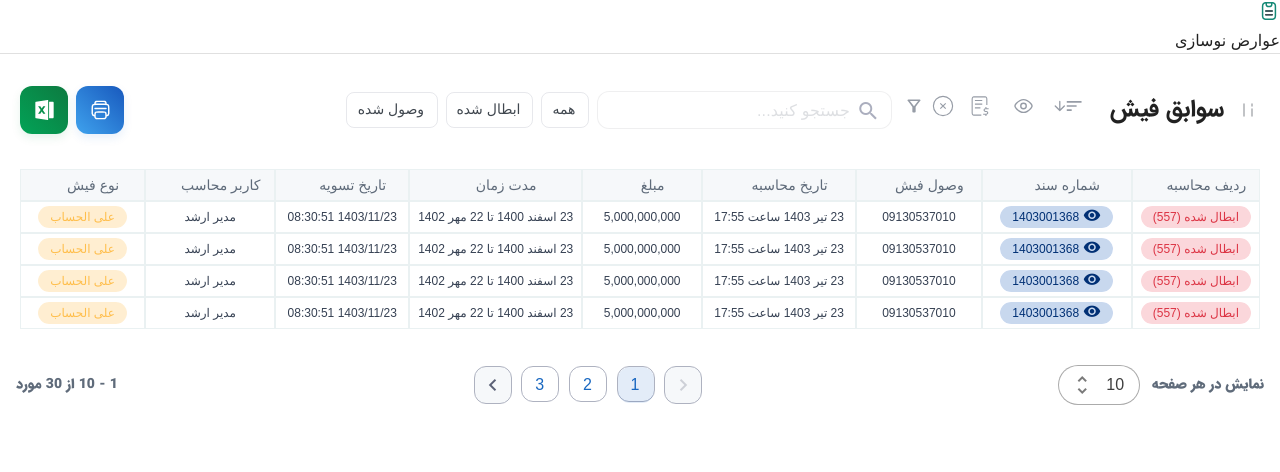
Repository: mobinazarein/data-table
Page: /
The author's editor kept a copy of each file at every save. The page is drawn from the files as they stood at one save, then again after the next save.
The browser window is 1280 px wide. The pictures show the whole page.
Some web fonts or font styles are not loaded; a fallback is used. The project was rebuilt for these pictures with package versions that can differ from the ones it lists, and the page was loaded fresh each time. Also part of the build but not shown: vue.config.js.

Above is the page before, as saved 2025-03-26 13:29:21.

### public/index.html
<!DOCTYPE html>
<html lang="en" dir="rtl">
  <head>
    <meta charset="utf-8">
    <meta http-equiv="X-UA-Compatible" content="IE=edge">
    <meta name="viewport" content="width=device-width,initial-scale=1.0">
    <link rel="icon" href="<%= BASE_URL %>favicon.ico">
    <title><%= htmlWebpackPlugin.options.title %></title>
  </head>
  <body>
    <noscript>
      <strong>We're sorry but <%= htmlWebpackPlugin.options.title %> doesn't
        work properly without JavaScript enabled. Please enable it to
        continue.</strong>
    </noscript>
    <div id="app"></div>
    <!-- built files will be auto injected -->
  </body>
</html>

### src/layouts/TopHeader.vue
<template>
    <div class="flex justify-between items-center p-6 border-b border-[#ADB0B433] select-none">
        <div class="flex flex-row gap-x-1.25">
            <ClipBoard />
            <div class="h-5 text-nowrap">عوارض نوسازی</div>
        </div>
        <FullScreen class="cursor-pointer" @click="toggleFullscreen" />
    </div>
</template>
<script setup>
import ClipBoard from "../assets/Icons/headers/ClipboardIcon.vue";
// import FullScreen from "@assets/icon/dashboard/header/fullScreen.vue";
// const toggleFullscreen = () => {
//     if (document.fullscreenElement) {
//         if (document.exitFullscreen) {
//             document.exitFullscreen();
//         } else if (document.webkitExitFullscreen) {
//             // Safari
//             document.webkitExitFullscreen();
//         } else if (document.mozCancelFullScreen) {
//             // Firefox
//             document.mozCancelFullScreen();
//         } else if (document.msExitFullscreen) {
//             // IE/Edge
//             document.msExitFullscreen();
//         }
//     } else {
//         const doc = document.documentElement;
//         if (doc.requestFullscreen) {
//             doc.requestFullscreen();
//         } else if (doc.mozRequestFullScreen) {
//             // Firefox
//             doc.mozRequestFullScreen();
//         } else if (doc.webkitRequestFullscreen) {
//             // Chrome, Safari, Opera
//             doc.webkitRequestFullscreen();
//         } else if (doc.msRequestFullscreen) {
//             // IE/Edge
//             doc.msRequestFullscreen();
//         }
//     }
// };
</script>
<style scoped></style>

### src/assets/Icons/PauseIcon.vue
<template>
    <svg width="24" height="24" viewBox="0 0 24 24" fill="none" xmlns="http://www.w3.org/2000/svg">
        <path d="M8 6V18M16 6V8M16 18V11" stroke="#ADB0B4" stroke-width="1.5" stroke-linecap="round"
            stroke-linejoin="round" />
    </svg>
</template>

### src/assets/Icons/PaginationIcon.vue
<template>
    <svg width="36" height="48" viewBox="0 0 36 48" fill="none" xmlns="http://www.w3.org/2000/svg">
<path d="M9.79481 19.4529V28.5469M9.79481 28.5469L14.3418 23.9999M9.79481 28.5469L5.2478 23.9999" stroke="#969CA6" stroke-width="1.29915" stroke-linecap="round" stroke-linejoin="round"/>
<path d="M16.7693 28.9231H21.6924V27.282H16.7693V28.9231ZM16.7693 19.0769V20.7179H31.5385V19.0769H16.7693ZM16.7693 24.8205H26.6154V23.1795H16.7693V24.8205Z" fill="#969CA6"/>
</svg>
</template>

### src/assets/Icons/EyeIcon.vue
<template>
    <svg width="37" height="48" viewBox="0 0 37 48" fill="none" xmlns="http://www.w3.org/2000/svg">
<path d="M18.5 17.5833C21.4713 17.5833 24.0781 19.7396 25.7446 21.5522C26.4843 22.3568 26.8542 22.7591 26.979 23.5925C27.0096 23.7966 27.0096 24.2033 26.979 24.4073C26.8542 25.2407 26.4843 25.643 25.7446 26.4477C24.0781 28.2603 21.4713 30.4166 18.5 30.4166C15.5288 30.4166 12.922 28.2603 11.2555 26.4477C10.5158 25.643 10.1459 25.2407 10.0211 24.4073C9.99049 24.2033 9.99049 23.7966 10.0211 23.5925C10.1459 22.7591 10.5158 22.3568 11.2555 21.5522C12.922 19.7396 15.5288 17.5833 18.5 17.5833Z" stroke="#969CA6" stroke-width="1.375" stroke-linejoin="round"/>
<path d="M21.25 24C21.25 25.5188 20.0188 26.75 18.5 26.75C16.9812 26.75 15.75 25.5188 15.75 24C15.75 22.4812 16.9812 21.25 18.5 21.25C20.0188 21.25 21.25 22.4812 21.25 24Z" stroke="#969CA6" stroke-width="1.375" stroke-linejoin="round"/>
</svg>
</template>

### src/assets/Icons/InvoiceIcon.vue
<template>
    <svg width="35" height="48" viewBox="0 0 35 48" fill="none" xmlns="http://www.w3.org/2000/svg">
<path d="M26.6666 26.1999H23.9166V27.2999H26.6666V26.1999ZM23.9166 26.1999H23.4583V27.2999H23.9166V26.1999ZM23.4583 30.0499H24.375V28.9499H23.4583V30.0499ZM24.375 31.6999H23.9166V32.7999H24.375V31.6999ZM23.9166 31.6999H21.1666V32.7999H23.9166V31.6999ZM25.2 30.8749C25.2 31.3306 24.8306 31.6999 24.375 31.6999V32.7999C25.4381 32.7999 26.3 31.9381 26.3 30.8749H25.2ZM24.375 30.0499C24.8306 30.0499 25.2 30.4193 25.2 30.8749H26.3C26.3 29.8118 25.4381 28.9499 24.375 28.9499V30.0499ZM21.5333 28.1249C21.5333 29.1881 22.3951 30.0499 23.4583 30.0499V28.9499C23.0027 28.9499 22.6333 28.5806 22.6333 28.1249H21.5333ZM23.4583 26.1999C22.3951 26.1999 21.5333 27.0618 21.5333 28.1249H22.6333C22.6333 27.6693 23.0027 27.2999 23.4583 27.2999V26.1999ZM24.4666 26.7499V24.9166H23.3666V26.7499H24.4666ZM23.3666 32.2499V34.0833H24.4666V32.2499H23.3666ZM13.8333 15.3833H21.1666V14.2833H13.8333V15.3833ZM19.3333 32.6166H13.8333V33.7166H19.3333V32.6166ZM10.7166 29.4999V18.4999H9.61663V29.4999H10.7166ZM13.8333 32.6166C12.9535 32.6166 12.349 32.6154 11.8949 32.5544C11.4567 32.4954 11.2418 32.39 11.0925 32.2407L10.3147 33.0185C10.7024 33.4062 11.1881 33.5692 11.7483 33.6446C12.2928 33.7178 12.9846 33.7166 13.8333 33.7166V32.6166ZM9.61663 29.4999C9.61663 30.3486 9.61546 31.0405 9.68865 31.5849C9.76397 32.1451 9.92698 32.6308 10.3147 33.0185L11.0925 32.2407C10.9432 32.0914 10.8378 31.8766 10.7788 31.4383C10.7178 30.9842 10.7166 30.3797 10.7166 29.4999H9.61663ZM21.1666 15.3833C22.0464 15.3833 22.6509 15.3844 23.105 15.4455C23.5433 15.5044 23.7582 15.6099 23.9074 15.7591L24.6852 14.9813C24.2975 14.5936 23.8118 14.4306 23.2516 14.3553C22.7072 14.2821 22.0153 14.2833 21.1666 14.2833V15.3833ZM25.3833 18.4999C25.3833 17.6512 25.3845 16.9594 25.3113 16.415C25.2359 15.8547 25.0729 15.369 24.6852 14.9813L23.9074 15.7591C24.0567 15.9084 24.1622 16.1233 24.2211 16.5615C24.2821 17.0156 24.2833 17.6201 24.2833 18.4999H25.3833ZM13.8333 14.2833C12.9846 14.2833 12.2928 14.2821 11.7483 14.3553C11.1881 14.4306 10.7024 14.5936 10.3147 14.9813L11.0925 15.7591C11.2418 15.6099 11.4567 15.5044 11.8949 15.4455C12.349 15.3844 12.9535 15.3833 13.8333 15.3833V14.2833ZM10.7166 18.4999C10.7166 17.6201 10.7178 17.0156 10.7788 16.5615C10.8378 16.1233 10.9432 15.9084 11.0925 15.7591L10.3147 14.9813C9.92698 15.369 9.76397 15.8547 9.68865 16.415C9.61546 16.9594 9.61663 17.6512 9.61663 18.4999H10.7166ZM24.2833 18.4999V23.0833H25.3833V18.4999H24.2833ZM12.9166 19.0499H20.25V17.9499H12.9166V19.0499ZM12.9166 22.7166H20.25V21.6166H12.9166V22.7166ZM12.9166 26.3833H18.4166V25.2833H12.9166V26.3833Z" fill="#969CA6"/>
</svg>
</template>

### src/assets/Icons/CircleCross.vue
<template>
    <svg width="22" height="22" viewBox="0 0 21 20" fill="none" xmlns="http://www.w3.org/2000/svg">
        <path
            d="M7.90736 7.40719L13.0928 12.5926M13.0927 7.40719L7.90726 12.5926M19.6667 9.99992C19.6667 15.0625 15.5627 19.1666 10.5 19.1666C5.43743 19.1666 1.33337 15.0625 1.33337 9.99992C1.33337 4.93731 5.43743 0.833252 10.5 0.833252C15.5627 0.833252 19.6667 4.93731 19.6667 9.99992Z"
            stroke="#969CA6" stroke-width="1.1" />
    </svg>
</template>

### src/assets/Icons/FilterIcon.vue
<template>
    <svg width="20" height="20" viewBox="0 0 20 20" fill="none" xmlns="http://www.w3.org/2000/svg">
<path d="M5.90159 5.07682H14.1067L9.99595 10.246L5.90159 5.07682ZM3.64518 4.75682C5.30262 6.88194 8.36313 10.8204 8.36313 10.8204V15.7435C8.36313 16.1948 8.73236 16.564 9.18364 16.564H10.8247C11.276 16.564 11.6452 16.1948 11.6452 15.7435V10.8204C11.6452 10.8204 14.6975 6.88194 16.3549 4.75682C16.7734 4.21528 16.3877 3.43579 15.7067 3.43579H4.29339C3.61236 3.43579 3.22672 4.21528 3.64518 4.75682Z" fill="#969CA6"/>
</svg>
</template>

### src/assets/Icons/PrinterIcon.vue
<template>
    <svg
      width="23"
      height="24"
      viewBox="0 0 23 24"
      fill="none"
      xmlns="http://www.w3.org/2000/svg"
      :style="{ color: iconColor }"
    >
      <path
        d="M6 10.5641H17M6 17.7447V17.7447C5.66891 17.7447 5.50337 17.7447 5.36418 17.7283C4.26359 17.599 3.39569 16.7311 3.26636 15.6305C3.25 15.4913 3.25 15.3257 3.25 14.9947V10.5641C3.25 8.76909 3.25 7.87158 3.70712 7.24241C3.85475 7.03921 4.03345 6.86052 4.23664 6.71289C4.86582 6.25577 5.76332 6.25577 7.55833 6.25577H15.4417C17.2367 6.25577 18.1342 6.25577 18.7634 6.71289C18.9666 6.86052 19.1452 7.03921 19.2929 7.24241C19.75 7.87158 19.75 8.76909 19.75 10.5641V14.9947C19.75 15.3257 19.75 15.4913 19.7336 15.6305C19.6043 16.7311 18.7364 17.599 17.6358 17.7283C17.4966 17.7447 17.3311 17.7447 17 17.7447V17.7447M6 17.7447V17.7447C6 18.6368 6 19.0829 6.14576 19.4348C6.3401 19.904 6.71286 20.2768 7.18205 20.4711C7.53393 20.6169 7.98003 20.6169 8.87222 20.6169H14.1278C15.02 20.6169 15.4661 20.6169 15.818 20.4711C16.2871 20.2768 16.6599 19.904 16.8542 19.4348C17 19.0829 17 18.6368 17 17.7447V17.7447M6 17.7447V17.3617C6 15.9257 6 15.2077 6.3657 14.7043C6.4838 14.5418 6.62676 14.3988 6.78931 14.2807C7.29265 13.915 8.01066 13.915 9.44667 13.915H13.5533C14.9893 13.915 15.7073 13.915 16.2107 14.2807C16.3732 14.3988 16.5162 14.5418 16.6343 14.7043C17 15.2077 17 15.9257 17 17.3617V17.7447M17 6.25577V6.25577C17 5.36358 17 4.91748 16.8542 4.56559C16.6599 4.09641 16.2871 3.72364 15.818 3.5293C15.4661 3.38354 15.02 3.38354 14.1278 3.38354H8.87222C7.98003 3.38354 7.53393 3.38354 7.18205 3.5293C6.71286 3.72364 6.3401 4.09641 6.14576 4.56559C6 4.91748 6 5.36358 6 6.25577V6.25577H17Z"
        stroke="currentColor"
        stroke-width="1.43611"
        stroke-linecap="round"
        stroke-linejoin="round"
      />
    </svg>
  </template>

  <script setup>
  import { defineProps } from 'vue';

  defineProps({
    iconColor: {
      type: String,
      default: 'white',
    },
  });
  </script>

### src/assets/Icons/ExcelIcon.vue
<template>
    <svg
      width="23"
      height="22"
      viewBox="0 0 23 22"
      fill="none"
      xmlns="http://www.w3.org/2000/svg"
      :style="{ color: iconColor }"
    >
      <g clip-path="url(#clip0_397_6997)">
        <path
          d="M3.12085 2.63712L14.6434 0.991705C14.7084 0.982376 14.7747 0.987136 14.8377 1.00566C14.9007 1.02419 14.959 1.05604 15.0087 1.09908C15.0583 1.14211 15.0981 1.19531 15.1254 1.25507C15.1527 1.31483 15.1668 1.37976 15.1668 1.44546V20.5543C15.1668 20.6199 15.1527 20.6847 15.1254 20.7444C15.0982 20.8041 15.0585 20.8573 15.009 20.9003C14.9594 20.9433 14.9012 20.9752 14.8383 20.9938C14.7754 21.0124 14.7092 21.0172 14.6443 21.008L3.11994 19.3626C2.90142 19.3315 2.70147 19.2226 2.55682 19.0559C2.41216 18.8892 2.33252 18.6758 2.33252 18.4551V3.54462C2.33252 3.3239 2.41216 3.11059 2.55682 2.94388C2.70147 2.77716 2.90234 2.66824 3.12085 2.63712ZM16.0834 2.74987H19.7501C19.9932 2.74987 20.2264 2.84645 20.3983 3.01836C20.5702 3.19027 20.6668 3.42342 20.6668 3.66654V18.3332C20.6668 18.5763 20.5702 18.8095 20.3983 18.9814C20.2264 19.1533 19.9932 19.2499 19.7501 19.2499H16.0834V2.74987ZM9.8501 10.9999L12.4168 7.33321H10.2168L8.7501 9.42871L7.28344 7.33321H5.08344L7.6501 10.9999L5.08344 14.6665H7.28344L8.7501 12.571L10.2168 14.6665H12.4168L9.8501 10.9999Z"
          fill="currentColor"
        />
      </g>
      <defs>
        <clipPath id="clip0_397_6997">
          <rect width="22" height="22" fill="white" transform="translate(0.5)" />
        </clipPath>
      </defs>
    </svg>
  </template>

  <script setup>
  import { defineProps } from 'vue';

  defineProps({
    iconColor: {
      type: String,
      default: 'white',
    },
  });
  </script>

### src/assets/styles/_fonts.scss
@font-face {
  font-family: "IRANSans";
  src: url("/public/fonts/IRANSans.woff2") format("woff2");
  font-weight: 400;
  font-style: normal;
  font-display: swap;
}

@font-face {
  font-family: "IRANSans";
  src: url("/public/fonts/IRANSans_Black.woff2") format("woff2");
  font-weight: 500;
  font-style: normal;
  font-display: swap;
}

@font-face {
  font-family: "IRANSans";
  src: url("/public/fonts/IRANSans_Bold.woff2") format("woff2");
  font-weight: 800;
  font-style: normal;
  font-display: swap;
}

### src/assets/Icons/headers/fullScreen.vue
<template>
  <svg
    width="22"
    height="22"
    viewBox="0 0 22 22"
    fill="none"
    xmlns="http://www.w3.org/2000/svg"
  >
    <g clip-path="url(#clip0_762_4180)">
      <path
        d="M3.66676 2.74973C3.20873 2.74973 2.95741 2.75168 2.78307 2.77512L2.7764 2.77603L2.77548 2.78271C2.75204 2.95705 2.75009 3.20836 2.75009 3.6664V7.33306H0.916761L0.916755 3.61652C0.916678 3.22779 0.916604 2.85 0.958496 2.53842C1.00572 2.18715 1.12078 1.78631 1.45373 1.45337C1.78668 1.12042 2.18752 1.00536 2.53878 0.95813C2.85037 0.916238 3.22816 0.916312 3.61689 0.916388L7.33343 0.916395V2.74973H3.66676Z"
        fill="#40474F"
      />
      <path
        d="M18.3334 2.74973C18.7915 2.74973 19.0428 2.75168 19.2171 2.77512L19.2238 2.77603L19.2247 2.78271C19.2481 2.95705 19.2501 3.20836 19.2501 3.6664V7.33306H21.0834L21.0834 3.61652C21.0835 3.22781 21.0836 2.84999 21.0417 2.53842C20.9945 2.18715 20.8794 1.78631 20.5465 1.45337C20.2135 1.12042 19.8127 1.00536 19.4614 0.95813C19.1498 0.916238 18.772 0.916312 18.3833 0.916388L14.6668 0.916395V2.74973H18.3334Z"
        fill="#40474F"
      />
      <path
        d="M18.3334 19.2497C18.7915 19.2497 19.0428 19.2478 19.2171 19.2243L19.2238 19.2234L19.2247 19.2167C19.2481 19.0424 19.2501 18.7911 19.2501 18.333V14.6664H21.0834L21.0834 18.3829C21.0835 18.7716 21.0836 19.1494 21.0417 19.461C20.9945 19.8123 20.8794 20.2131 20.5465 20.5461C20.2135 20.879 19.8127 20.9941 19.4614 21.0413C19.1498 21.0832 18.772 21.0831 18.3833 21.083L14.6668 21.083V19.2497H18.3334Z"
        fill="#40474F"
      />
      <path
        d="M2.78307 19.2243C2.95741 19.2478 3.20873 19.2497 3.66676 19.2497H7.33343V21.083L3.61689 21.083C3.22816 21.0831 2.85037 21.0832 2.53878 21.0413C2.18752 20.9941 1.78668 20.879 1.45373 20.5461C1.12078 20.2131 1.00572 19.8123 0.958496 19.461C0.916603 19.1494 0.916678 18.7716 0.916755 18.3829L0.916761 14.6664H2.75009V18.333C2.75009 18.7911 2.75204 19.0424 2.77548 19.2167L2.7764 19.2234L2.78307 19.2243Z"
        fill="#40474F"
      />
    </g>
    <path
      d="M3.66652 2.74985C3.20848 2.74985 2.95717 2.7518 2.78283 2.77524L2.77615 2.77615L2.77524 2.78283C2.7518 2.95717 2.74985 3.20848 2.74985 3.66652V7.33318H0.916517L0.91651 3.61664C0.916434 3.22791 0.91636 2.85013 0.958251 2.53854C1.00548 2.18727 1.12054 1.78644 1.45349 1.45349C1.78643 1.12054 2.18727 1.00548 2.53854 0.958252C2.85013 0.91636 3.22791 0.916434 3.61664 0.91651L7.33318 0.916517V2.74985H3.66652Z"
      fill="#148976"
    />
    <path
      d="M18.3332 19.2498C18.7912 19.2498 19.0425 19.2479 19.2169 19.2244L19.2235 19.2235L19.2245 19.2168C19.2479 19.0425 19.2498 18.7912 19.2498 18.3332V14.6665H21.0832L21.0832 18.383C21.0833 18.7717 21.0833 19.1496 21.0414 19.4611C20.9942 19.8124 20.8792 20.2132 20.5462 20.5462C20.2133 20.8791 19.8124 20.9942 19.4612 21.0414C19.1496 21.0833 18.7718 21.0832 18.3831 21.0832L14.6665 21.0832V19.2498H18.3332Z"
      fill="#148976"
    />
    <defs>
      <clipPath id="clip0_762_4180">
        <rect width="22" height="22" fill="white" />
      </clipPath>
    </defs>
  </svg>
</template>

Loaded but not shown: src/plugins/vuetify.js (17 lines, source omitted); src/main.js (9 lines, source omitted); src/components/DataTable.vue (235 lines, source omitted); src/assets/Icons/headers/ClipboardIcon.vue (9 lines, source omitted); src/App.vue (117 lines, source omitted); src/assets/base.scss (152 lines, source omitted); src/assets/Icons/headers/FullScreen.vue (29 lines, source omitted)

After the next save:
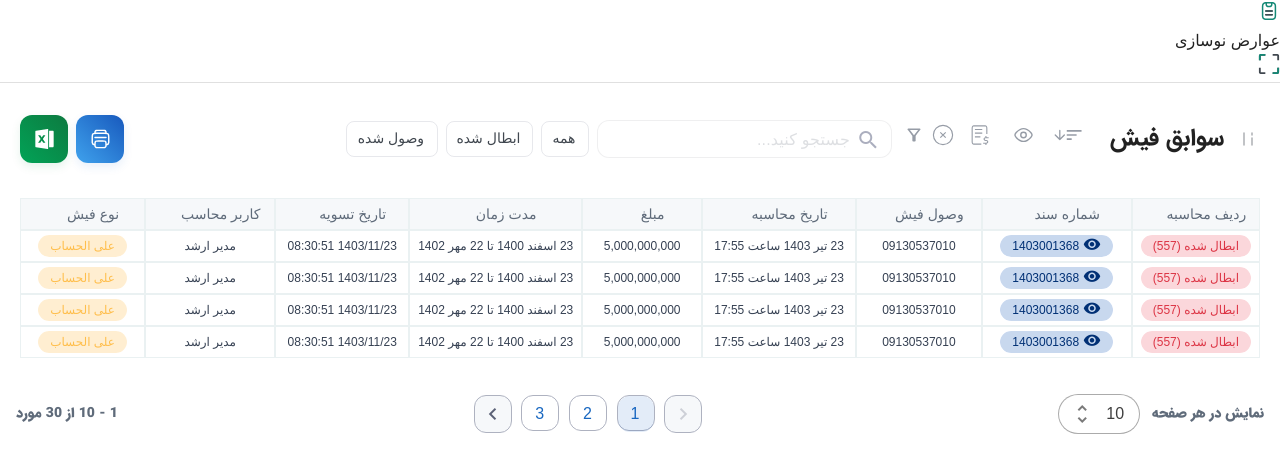
Saved 72 s later.
--- a/src/layouts/TopHeader.vue
+++ b/src/layouts/TopHeader.vue
@@ -9,7 +9,7 @@
 </template>
 <script setup>
 import ClipBoard from "../assets/Icons/headers/ClipboardIcon.vue";
-// import FullScreen from "@assets/icon/dashboard/header/fullScreen.vue";
+import FullScreen from "../assets/Icons/headers/fullScreen.vue";
 // const toggleFullscreen = () => {
 //     if (document.fullscreenElement) {
 //         if (document.exitFullscreen) {

After the 4 saves that followed:
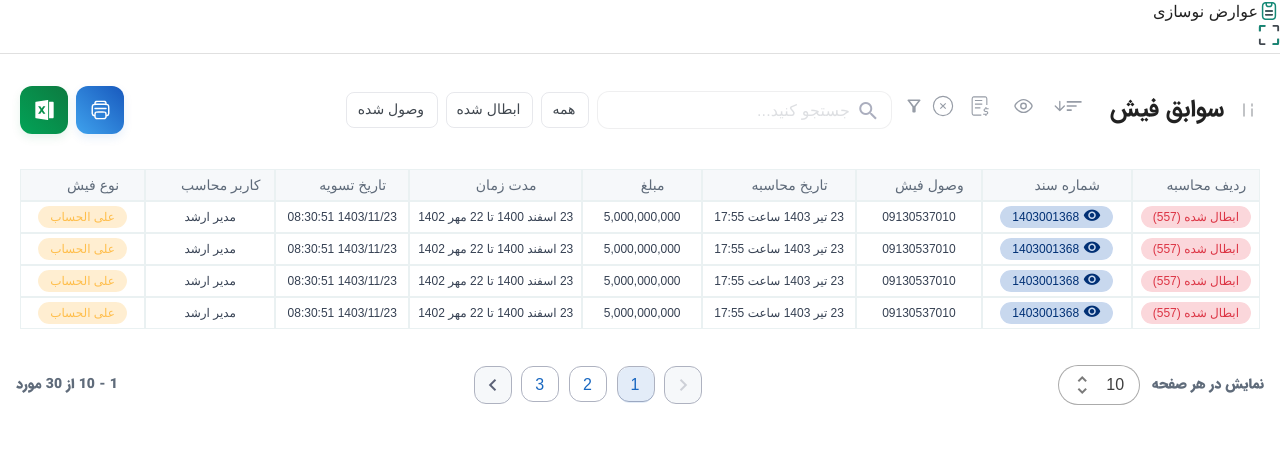
The 4 saves are shown as one change because 3 left the picture as it was.
The last was saved 2 min 1 s later.
--- a/src/layouts/TopHeader.vue
+++ b/src/layouts/TopHeader.vue
@@ -1,6 +1,6 @@
 <template>
     <div class="flex justify-between items-center p-6 border-b border-[#ADB0B433] select-none">
-        <div class="flex flex-row gap-x-1.25">
+        <div class="d-flex flex-row gap-x-1.25">
             <ClipBoard />
             <div class="h-5 text-nowrap">عوارض نوسازی</div>
         </div>
@@ -9,36 +9,36 @@
 </template>
 <script setup>
 import ClipBoard from "../assets/Icons/headers/ClipboardIcon.vue";
-import FullScreen from "../assets/Icons/headers/fullScreen.vue";
-// const toggleFullscreen = () => {
-//     if (document.fullscreenElement) {
-//         if (document.exitFullscreen) {
-//             document.exitFullscreen();
-//         } else if (document.webkitExitFullscreen) {
-//             // Safari
-//             document.webkitExitFullscreen();
-//         } else if (document.mozCancelFullScreen) {
-//             // Firefox
-//             document.mozCancelFullScreen();
-//         } else if (document.msExitFullscreen) {
-//             // IE/Edge
-//             document.msExitFullscreen();
-//         }
-//     } else {
-//         const doc = document.documentElement;
-//         if (doc.requestFullscreen) {
-//             doc.requestFullscreen();
-//         } else if (doc.mozRequestFullScreen) {
-//             // Firefox
-//             doc.mozRequestFullScreen();
-//         } else if (doc.webkitRequestFullscreen) {
-//             // Chrome, Safari, Opera
-//             doc.webkitRequestFullscreen();
-//         } else if (doc.msRequestFullscreen) {
-//             // IE/Edge
-//             doc.msRequestFullscreen();
-//         }
-//     }
-// };
+import FullScreen from "../assets/Icons/headers/FullScreen.vue";
+const toggleFullscreen = () => {
+    if (document.fullscreenElement) {
+        if (document.exitFullscreen) {
+            document.exitFullscreen();
+        } else if (document.webkitExitFullscreen) {
+            // Safari
+            document.webkitExitFullscreen();
+        } else if (document.mozCancelFullScreen) {
+            // Firefox
+            document.mozCancelFullScreen();
+        } else if (document.msExitFullscreen) {
+            // IE/Edge
+            document.msExitFullscreen();
+        }
+    } else {
+        const doc = document.documentElement;
+        if (doc.requestFullscreen) {
+            doc.requestFullscreen();
+        } else if (doc.mozRequestFullScreen) {
+            // Firefox
+            doc.mozRequestFullScreen();
+        } else if (doc.webkitRequestFullscreen) {
+            // Chrome, Safari, Opera
+            doc.webkitRequestFullscreen();
+        } else if (doc.msRequestFullscreen) {
+            // IE/Edge
+            doc.msRequestFullscreen();
+        }
+    }
+};
 </script>
 <style scoped></style>
--- a/src/assets/Icons/headers/fullScreen.vue
+++ b/src/assets/Icons/headers/fullScreen.vue
@@ -1,37 +1,25 @@
 <template>
-  <svg
-    width="22"
-    height="22"
-    viewBox="0 0 22 22"
-    fill="none"
-    xmlns="http://www.w3.org/2000/svg"
-  >
+  <svg width="22" height="22" viewBox="0 0 22 22" fill="none" xmlns="http://www.w3.org/2000/svg">
     <g clip-path="url(#clip0_762_4180)">
       <path
         d="M3.66676 2.74973C3.20873 2.74973 2.95741 2.75168 2.78307 2.77512L2.7764 2.77603L2.77548 2.78271C2.75204 2.95705 2.75009 3.20836 2.75009 3.6664V7.33306H0.916761L0.916755 3.61652C0.916678 3.22779 0.916604 2.85 0.958496 2.53842C1.00572 2.18715 1.12078 1.78631 1.45373 1.45337C1.78668 1.12042 2.18752 1.00536 2.53878 0.95813C2.85037 0.916238 3.22816 0.916312 3.61689 0.916388L7.33343 0.916395V2.74973H3.66676Z"
-        fill="#40474F"
-      />
+        fill="#40474F" />
       <path
         d="M18.3334 2.74973C18.7915 2.74973 19.0428 2.75168 19.2171 2.77512L19.2238 2.77603L19.2247 2.78271C19.2481 2.95705 19.2501 3.20836 19.2501 3.6664V7.33306H21.0834L21.0834 3.61652C21.0835 3.22781 21.0836 2.84999 21.0417 2.53842C20.9945 2.18715 20.8794 1.78631 20.5465 1.45337C20.2135 1.12042 19.8127 1.00536 19.4614 0.95813C19.1498 0.916238 18.772 0.916312 18.3833 0.916388L14.6668 0.916395V2.74973H18.3334Z"
-        fill="#40474F"
-      />
+        fill="#40474F" />
       <path
         d="M18.3334 19.2497C18.7915 19.2497 19.0428 19.2478 19.2171 19.2243L19.2238 19.2234L19.2247 19.2167C19.2481 19.0424 19.2501 18.7911 19.2501 18.333V14.6664H21.0834L21.0834 18.3829C21.0835 18.7716 21.0836 19.1494 21.0417 19.461C20.9945 19.8123 20.8794 20.2131 20.5465 20.5461C20.2135 20.879 19.8127 20.9941 19.4614 21.0413C19.1498 21.0832 18.772 21.0831 18.3833 21.083L14.6668 21.083V19.2497H18.3334Z"
-        fill="#40474F"
-      />
+        fill="#40474F" />
       <path
         d="M2.78307 19.2243C2.95741 19.2478 3.20873 19.2497 3.66676 19.2497H7.33343V21.083L3.61689 21.083C3.22816 21.0831 2.85037 21.0832 2.53878 21.0413C2.18752 20.9941 1.78668 20.879 1.45373 20.5461C1.12078 20.2131 1.00572 19.8123 0.958496 19.461C0.916603 19.1494 0.916678 18.7716 0.916755 18.3829L0.916761 14.6664H2.75009V18.333C2.75009 18.7911 2.75204 19.0424 2.77548 19.2167L2.7764 19.2234L2.78307 19.2243Z"
-        fill="#40474F"
-      />
+        fill="#40474F" />
     </g>
     <path
       d="M3.66652 2.74985C3.20848 2.74985 2.95717 2.7518 2.78283 2.77524L2.77615 2.77615L2.77524 2.78283C2.7518 2.95717 2.74985 3.20848 2.74985 3.66652V7.33318H0.916517L0.91651 3.61664C0.916434 3.22791 0.91636 2.85013 0.958251 2.53854C1.00548 2.18727 1.12054 1.78644 1.45349 1.45349C1.78643 1.12054 2.18727 1.00548 2.53854 0.958252C2.85013 0.91636 3.22791 0.916434 3.61664 0.91651L7.33318 0.916517V2.74985H3.66652Z"
-      fill="#148976"
-    />
+      fill="#148976" />
     <path
       d="M18.3332 19.2498C18.7912 19.2498 19.0425 19.2479 19.2169 19.2244L19.2235 19.2235L19.2245 19.2168C19.2479 19.0425 19.2498 18.7912 19.2498 18.3332V14.6665H21.0832L21.0832 18.383C21.0833 18.7717 21.0833 19.1496 21.0414 19.4611C20.9942 19.8124 20.8792 20.2132 20.5462 20.5462C20.2133 20.8791 19.8124 20.9942 19.4612 21.0414C19.1496 21.0833 18.7718 21.0832 18.3831 21.0832L14.6665 21.0832V19.2498H18.3332Z"
-      fill="#148976"
-    />
+      fill="#148976" />
     <defs>
       <clipPath id="clip0_762_4180">
         <rect width="22" height="22" fill="white" />
